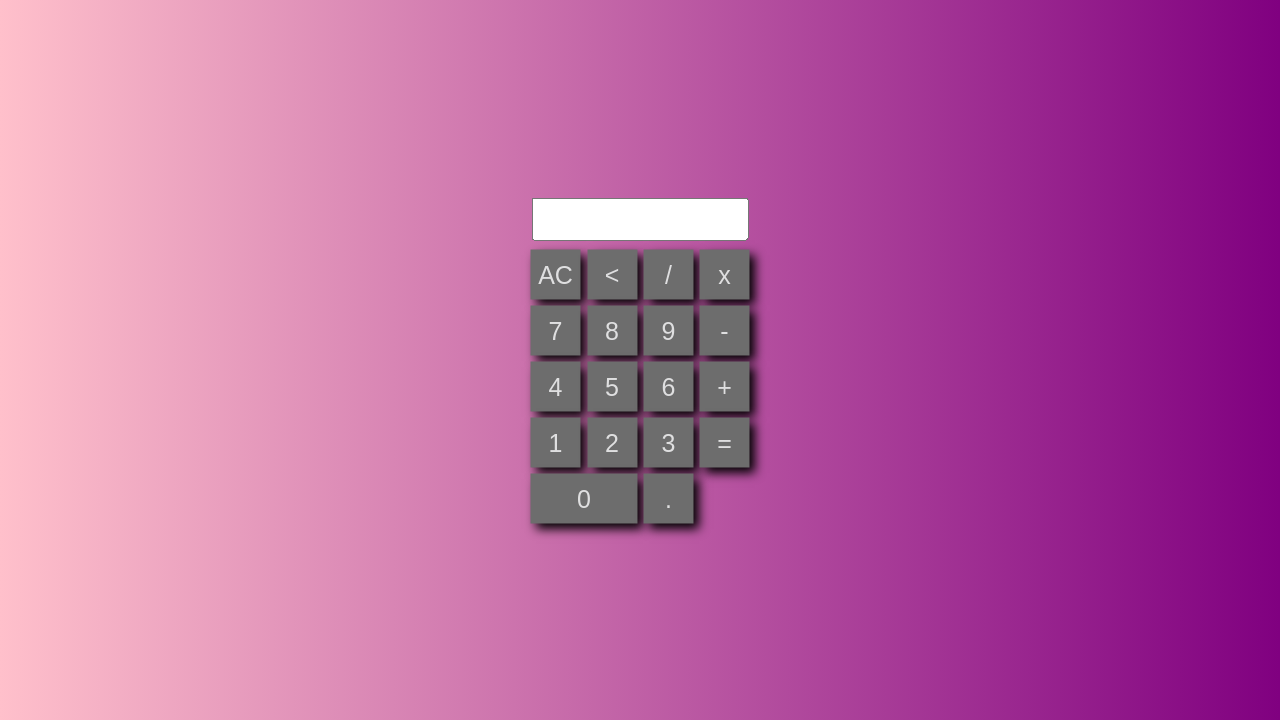
Repository: lacey-crenshaw/calculator
Page: index.html
An editor plug-in stored every save of this project. The page is shown before and after the next save, followed by the edit.
The browser window is 1280 px wide. The pictures show the whole page.

Above is the page before, as saved 2020-02-14 10:08:56.

After the next save:
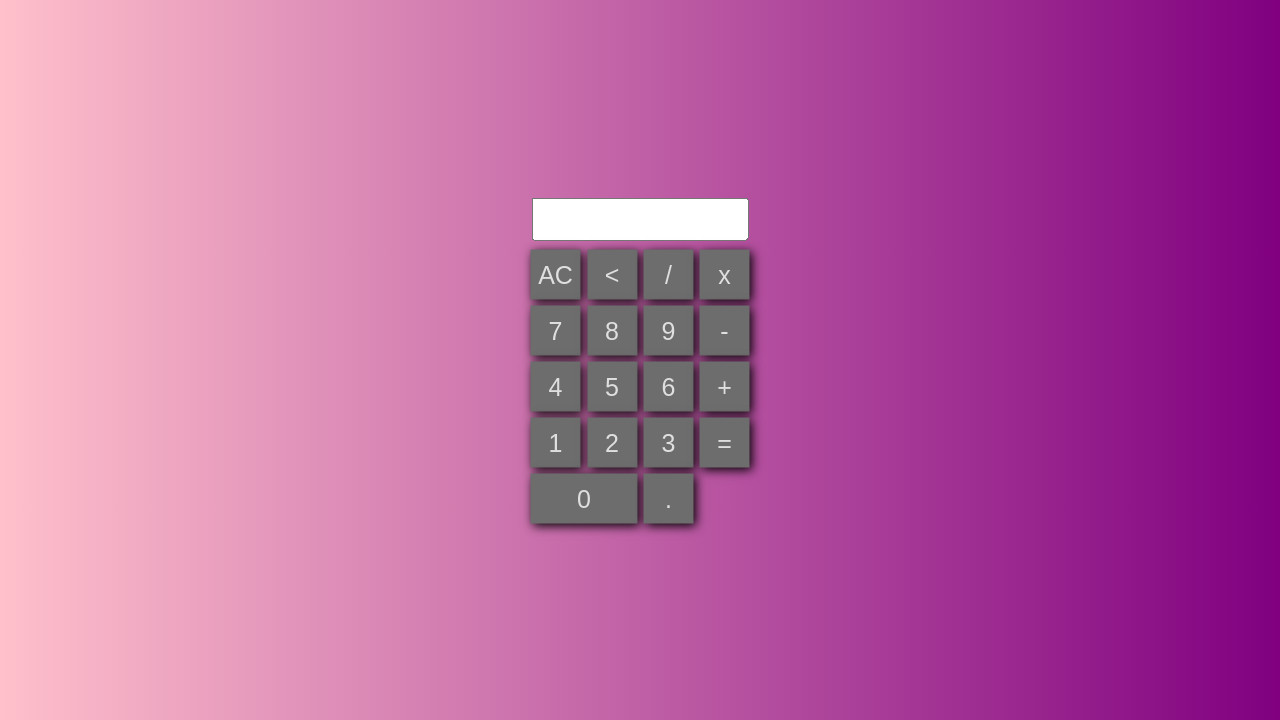
Saved 36 s later.
--- a/style.css
+++ b/style.css
@@ -12,7 +12,7 @@
     background:  #6d6d6d;
     color: #dfdfe0;
     border: none;
-    box-shadow: 5px 5px 10px black;
+    box-shadow: 2px 2px 10px black;
 }
 
 .textview {
